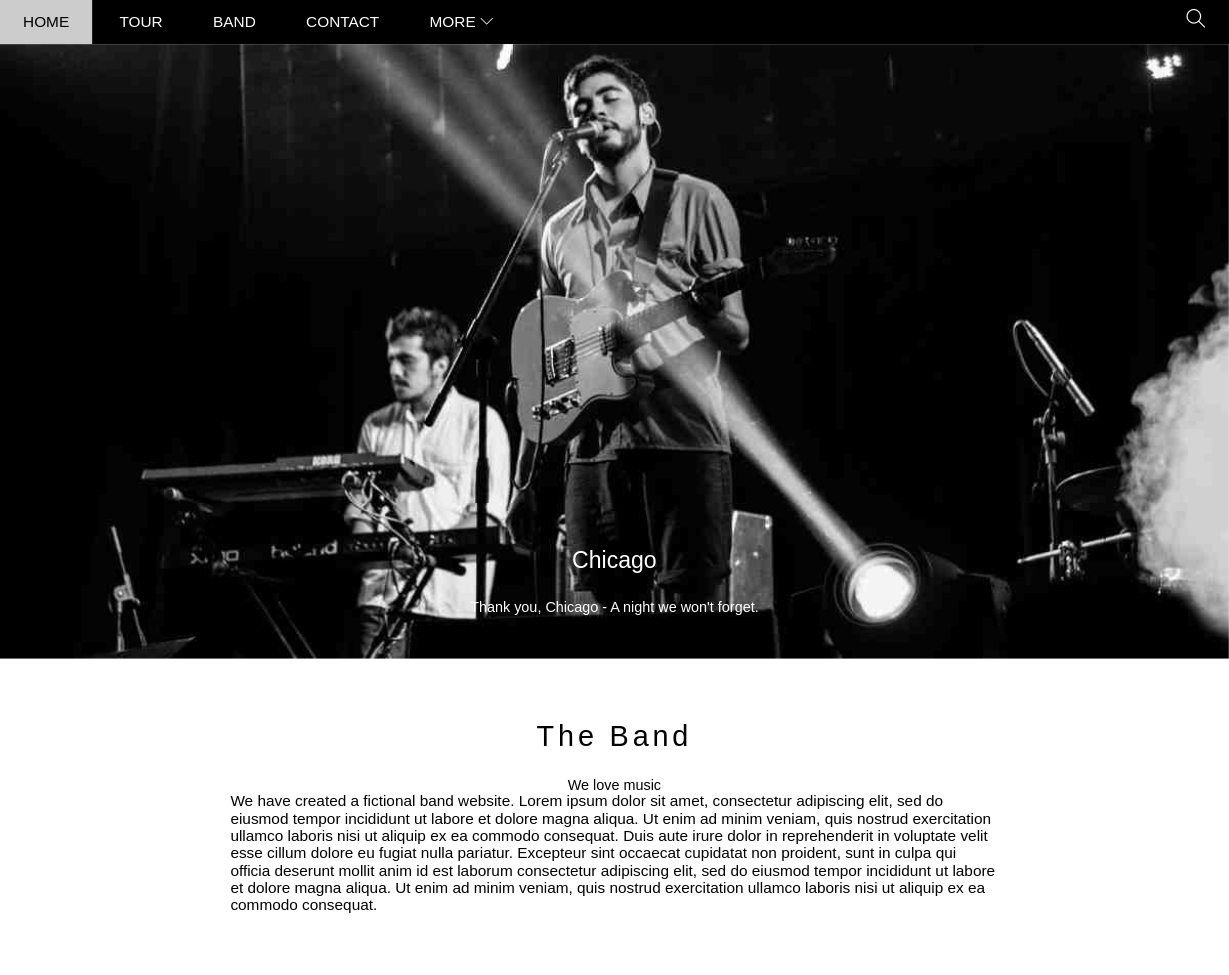
Repository: ducvui2003/LTCB
Page: index.html
The author's editor kept a copy of each file at every save. The page is drawn from the files as they stood at one save, then again after the next save.
The browser window is 1280 px wide. The pictures show the whole page, at 96% of full size.

Above is the page before, as saved 2022-01-07 19:27:03.

### index.html
<!DOCTYPE html>
<html lang="en">

<head>
    <meta charset="UTF-8">
    <meta http-equiv="X-UA-Compatible" content="IE=edge">
    <meta name="viewport" content="width=device-width, initial-scale=1.0">
    <title>The Band W3_School</title>
    <link rel="stylesheet" href="./assest/Css/styles.css">
    <link rel="stylesheet" href="./assest/Fonts/themify-icons-font (1)/themify-icons/themify-icons.css">
</head>

<body>
    <div id="main">
        <!-- Begin: Header -->
        <div id="header">
            <!-- Begin: Nav -->
            <ul id="nav">
                <li>
                    <a href="">Home</a>
                </li>
                <li>
                    <a href="">Tour</a>
                </li>
                <li>
                    <a href="">Band</a>
                </li>
                <li>
                    <a href="">Contact</a>
                </li>
                <li>
                    <a href="">
                      More
                      <!-- icons -->
                      <i class="nav-arrow-down ti-angle-down"></i>
                    </a>
                    <ul class="subnav">
                        <li>
                            <a href="">Merchandise</a>
                        </li>
                        <li>
                            <a href="">Extras</a>
                        </li>
                        <li>
                            <a href="">Media</a>
                        </li>
                    </ul>
                </li>
            </ul>
            <!-- End: Nav -->
            <!-- Begin: Search button -->
            <div class="search-button">
                <i class="search-icon ti-search"></i>
            </div>
            <!-- End: Search button -->
        </div>
        <!-- End: Header -->

        <!-- Begin: Slides -->
        <div id="slides">
            <div class="text-content">
                <h2 class="text-heading">Chicago</h2>
                <div class="text-paragraph">Thank you, Chicago - A night we won't forget.
                </div>
            </div>
        </div>
        <!-- End: Slides -->

        <!-- Begin: Content -->
        <div id="content">
            <div class="content-section">
                <h1 class="section-heading">The Band</h1>
                <p class="section-sub-heading">We love music

                </p>
                <p class="content-text">We have created a fictional band website. Lorem ipsum dolor sit amet, consectetur adipiscing elit, sed do eiusmod tempor incididunt ut labore et dolore magna aliqua. Ut enim ad minim veniam, quis nostrud exercitation ullamco laboris nisi
                    ut aliquip ex ea commodo consequat. Duis aute irure dolor in reprehenderit in voluptate velit esse cillum dolore eu fugiat nulla pariatur. Excepteur sint occaecat cupidatat non proident, sunt in culpa qui officia deserunt mollit anim
                    id est laborum consectetur adipiscing elit, sed do eiusmod tempor incididunt ut labore et dolore magna aliqua. Ut enim ad minim veniam, quis nostrud exercitation ullamco laboris nisi ut aliquip ex ea commodo consequat.</p>
            </div>
        </div>
        <!-- End: Content -->
        <div id="footer"></div>
    </div>
</body>

</html>

### assest/Css/styles.css
* {
    padding: 0;
    margin: 0;
    box-sizing: border-box;
}

html {
    font-family: Arial, Helvetica, sans-serif;
}

#main {}

#header {
    position: fixed;
    top: 0;
    right: 0;
    left: 0;
    /* fixed đang nổi lên nó sẽ nhường vị trí cho div slides tiếp theo */
    height: 46px;
    background-color: black;
    z-index: 1;
    /* dùng để thêm vào thẻ fixed nhằm đẩy block lên trên các block khác theo chiều cao, giá trị là 0, 1,... */
}

#nav {
    display: inline-block;
    /* display để thẻ nav chỉ dài đúng nội dung của nó thôi */
}

#nav,
.subnav {
    list-style: none;
}

#nav>li {
    display: inline-block;
}

#nav li {
    position: relative;
}

#nav>li>a {
    color: white;
    text-transform: uppercase;
    /* chinh chu thuong thanh hoa */
}

#nav li a {
    text-decoration: none;
    line-height: 46px;
    padding: 0 24px;
    display: block;
}

#nav li:hover .subnav {
    display: block;
}

#nav>li:hover>a,
#nav .subnav li:hover a {
    background-color: #ccc;
    color: black;
}

#nav li:hover a {
    /* line-height: 46px; */
}

#nav .subnav {
    display: none;
    position: absolute;
    top: 46px;
    background-color: #fff;
    box-shadow: 0 0 10px rgba(0, 0, 0, 0.3);
}

#nav .subnav li a {
    color: black;
    padding: 0 16px;
    line-height: 38px;
    width: 160px;
}

#nav .nav-arrow-down {
    font-size: 14px;
}

#header .search-button {
    float: right;
    /* thẻ search-button là thẻ div, có tính kế thừa chiều ngang, nên khi float vào sẽ vô hiệu hoá tính kế thừa chiều ngang đó */
    line-height: 46px;
    padding: 0 24px;
}

#header .search-button:hover {
    background-color: #f44336;
    cursor: pointer;
    /* Dùng để thay đổi con trỏ chuột khi di vào */
}

#header .search-icon {
    color: white;
    font-size: 20px;
}

#slides {
    /* min-height: 1000px; */
    /* background-color: pink; */
    margin-top: 46px;
    padding-top: 50%;
    /* 50% chieu ngang cua chinh the do */
    background: url('/assest/Img/Slide1.jpg') top center / cover no-repeat;
    /* shorthand */
    position: relative;
}

#slides .text-content {
    position: absolute;
    bottom: 46px;
    left: 50%;
    /* Cách lề trái 50% chiều ngang */
    transform: translateX(-50%);
    /* Dùng để lùi thẻ theo trục X 50% chiều dài -> Mục đích kết hợp vs transform để căn giữa block */
    color: white;
    text-align: center;
    /* Dùng để căn giữa content, ko dùng để căn block */
    /* cách 2: Thêm width: 100% */
    /* /* cách 3 left: 0 right: 0; */
}

#slides .text-heading {
    font-weight: 500;
    /* dùng để điều chỉnh lại độ dày của chữ, giá trị từ 100-1000  */
    font-size: 24px;
    margin-bottom: 25px;
}

#slides .text-paragraph {
    font-size: 15px;
}

#content {}

#content .content-section {
    width: 800px;
    padding: 64px 0;
    margin-left: auto;
    margin-right: auto;
}

#content .section-heading {
    font-size: 30px;
    font-weight: 500;
    text-align: center;
    letter-spacing: 4px;
}

#content .section-sub-heading {
    font-size: 15px;
    text-align: center;
    margin-top: 25px;
}

#footer {}

Loaded but not shown: assest/Fonts/themify-icons-font (1)/themify-icons/themify-icons.css (common file)

After the next save:
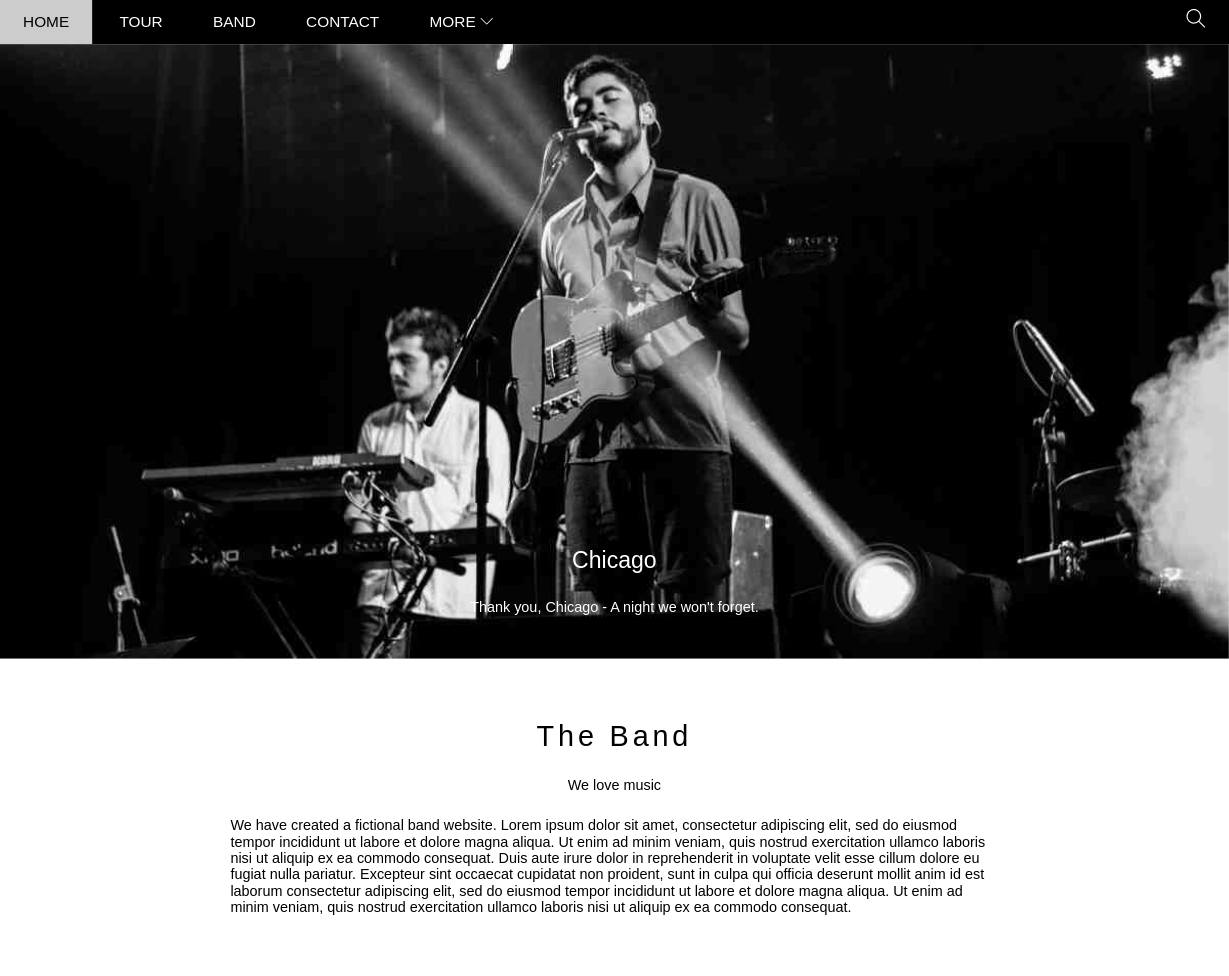
Saved 48 s later.
--- a/assest/Css/styles.css
+++ b/assest/Css/styles.css
@@ -162,4 +162,9 @@
     margin-top: 25px;
 }
 
+#content .content-text {
+    font-size: 15px;
+    margin-top: 25px;
+}
+
 #footer {}
